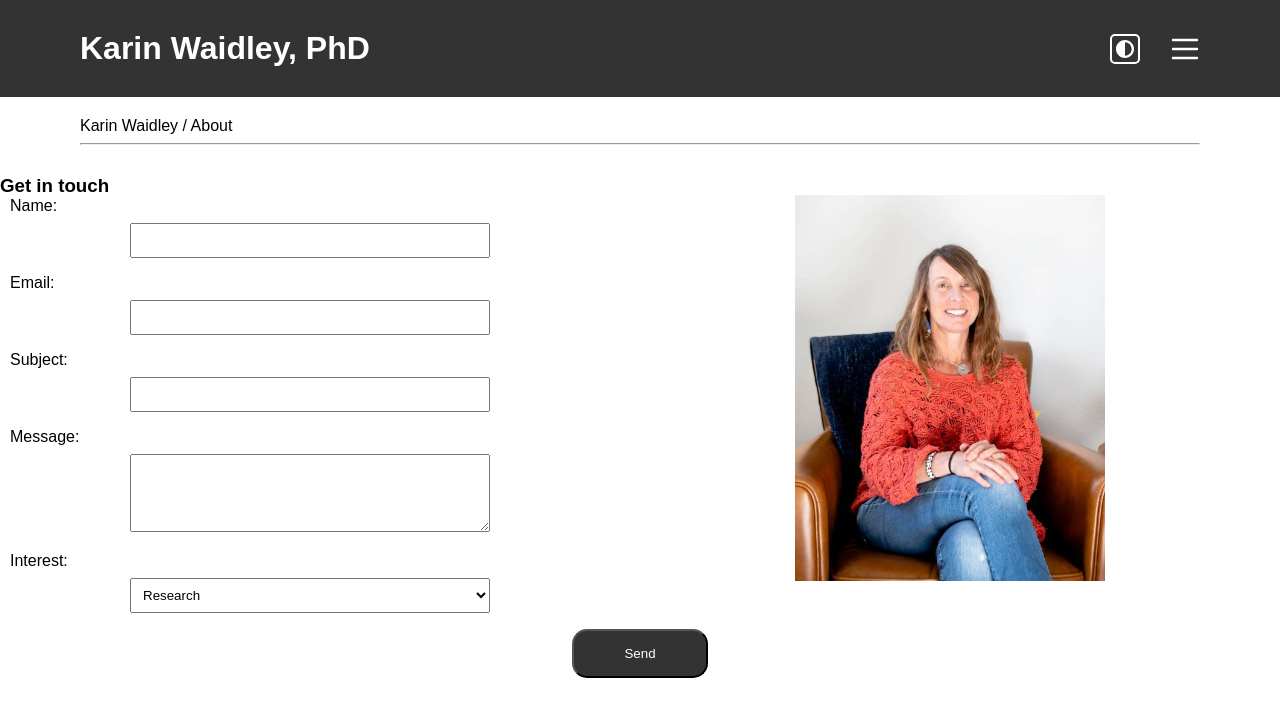
Repository: Ceasor7/Karin
Page: contact.html
The author's editor kept a copy of each file at every save. The page is drawn from the files as they stood at one save, then again after the next save.
The browser window is 1280 px wide. The pictures show the whole page.

Above is the page before, as saved 2023-12-14 15:13:12.

After the next save:
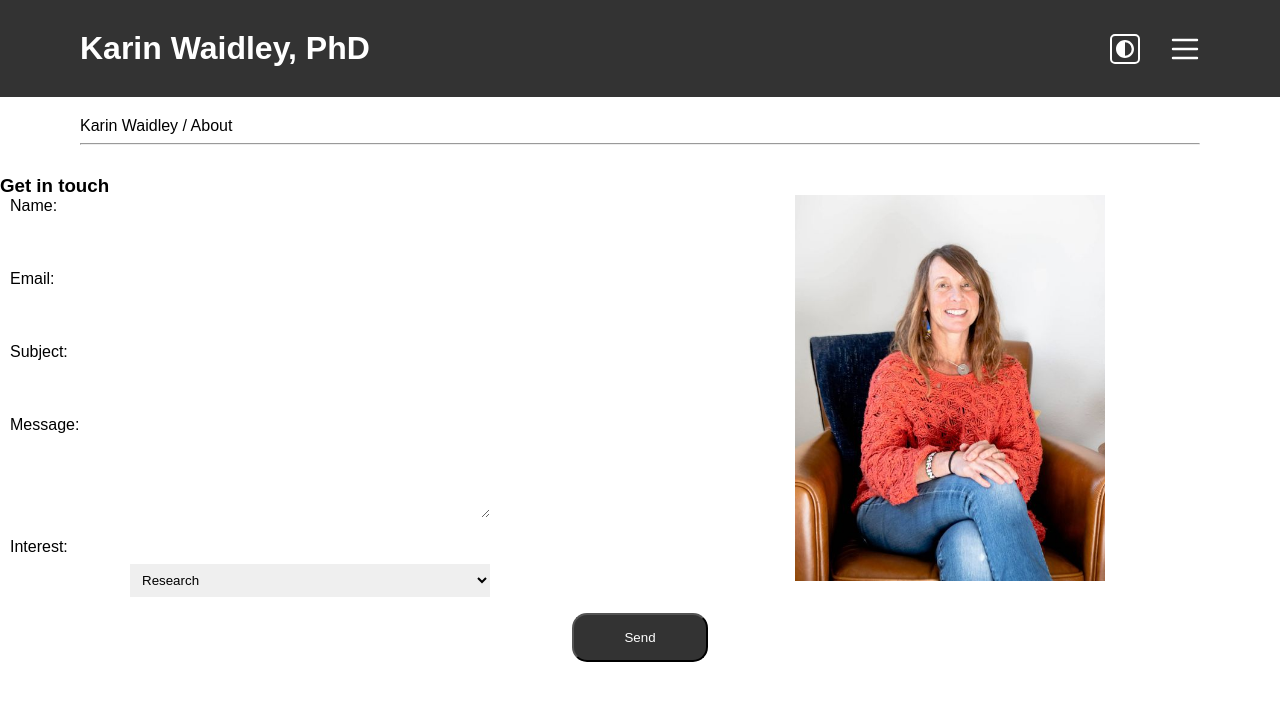
Saved 28 s later.
--- a/contact.html
+++ b/contact.html
@@ -91,6 +91,9 @@
             padding: 8px;
             margin-bottom: 16px;
             box-sizing: border-box;
+            border: none;
+            text-align: left;
+
         }
 
         /* New section styles */

After the save that followed:
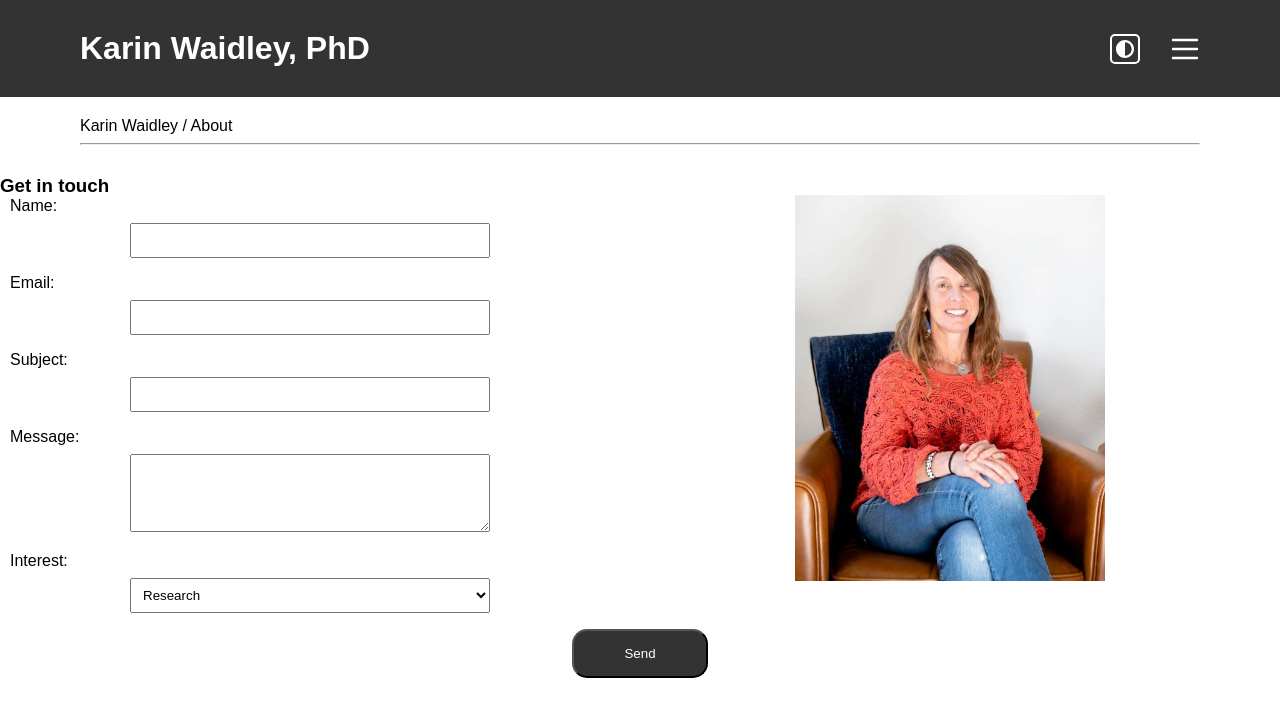
Saved 11 s later.
--- a/contact.html
+++ b/contact.html
@@ -91,7 +91,6 @@
             padding: 8px;
             margin-bottom: 16px;
             box-sizing: border-box;
-            border: none;
             text-align: left;
 
         }
